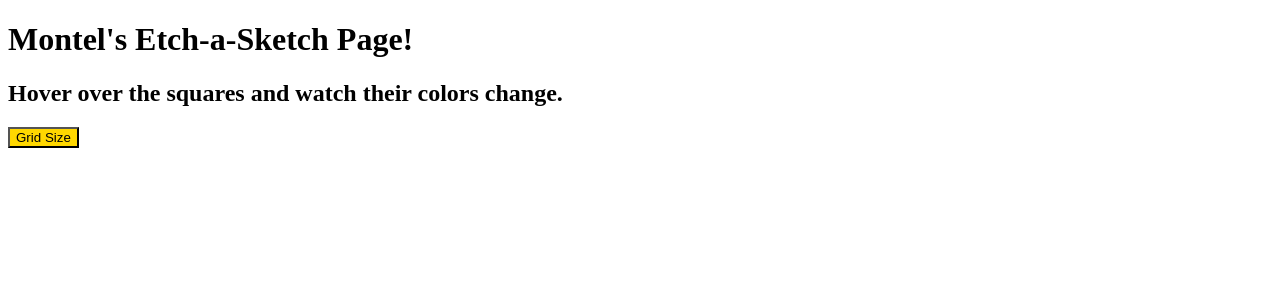
Repository: mnhardy1504/odin-recipes1
Page: repos/Etch-a-Sketch/index.html
The author's editor kept a copy of each file at every save. The page is drawn from the files as they stood at one save, then again after the next save.
The browser window is 1280 px wide. The pictures show the whole page.

Above is the page before, as saved 2023-11-11 20:00:39.

After the next save:
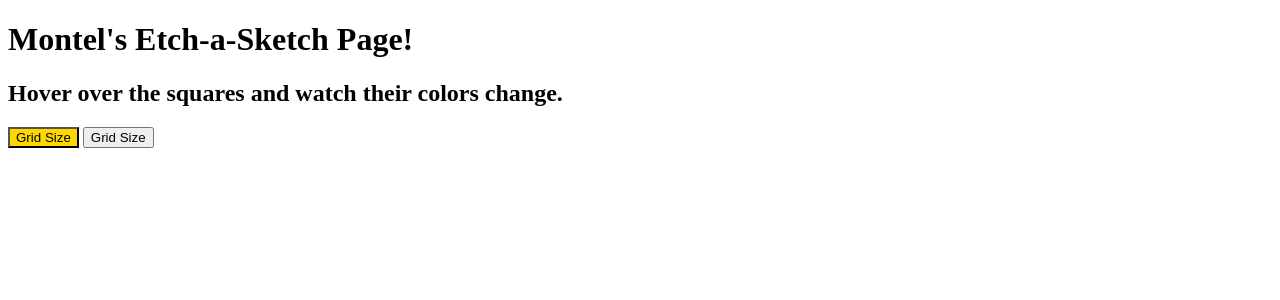
Saved 12 min 26 s later.
--- a/repos/Etch-a-Sketch/index.html
+++ b/repos/Etch-a-Sketch/index.html
@@ -10,6 +10,7 @@
   <h1>Montel's Etch-a-Sketch Page!</h1>
   <h2> Hover over the squares and watch their colors change.</h2>
   <button class="size">Grid Size</button>
+  <button onclick="drawGrid()">Grid Size </button>
   <div class="grid-container"></div>
 </body>
 </html>
